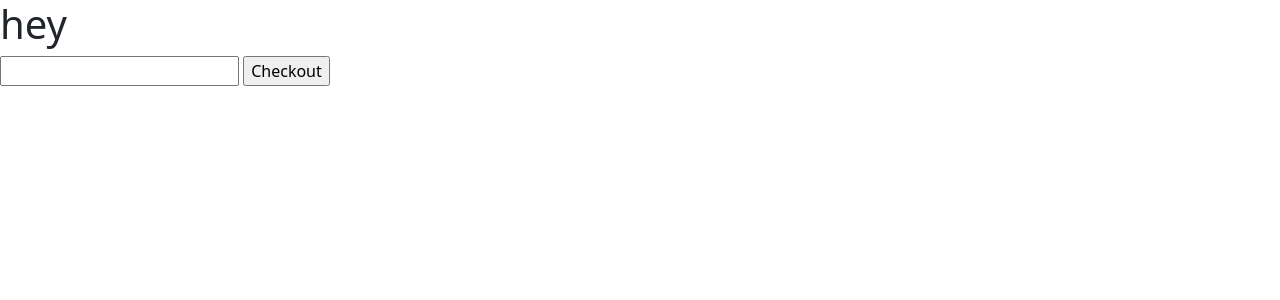
Repository: Flatbook/sliced_bread
Page: http://localhost/checkout
The author's editor kept a copy of each file at every save. The page is drawn from the files as they stood at one save, then again after a run of saves.
The browser window is 1280 px wide. The pictures show the whole page.
Some web libraries are served in a nearby version. The page is served by the project's application, run on Flask 3 (app.py).

Above is the page before, as saved 2021-05-15 22:15:59.

### flask_project/templates/checkout.html
{% extends "layout.html" %}
{% block content %}


<h1>hey</h1>

<form method = "POST" action ="{{ url_for('checkout')}}">
	{{ form. csrf_token }}
	{{ form.name }}
	{{ form.submit }}
</form>

<!-- {% if name %}
	<h1>Hello {{ name }}!!</h1>
	<br/>
	<img src="{{ url_for('static', filename='images/NorthPeak.png')}}" width=1100>
	<br/><br/>
	<p id="demo">This is stuff...</p>

<script src="{{ url_for('static', filename='js/myfile.js')}}"></script>


{% else %}
	<h1>What's Your Name?</h1>
	<br/>
	<form method="POST">
		{{ form.hidden_tag() }}

		{{ form.name.label(class="form-label") }}

		{{ form.name(class="form-control") }}
		<br/>

		{{ form.submit(class="btn btn-secondary") }}


	</form>



{% endif %}

{% endblock %} -->

### flask_project/templates/layout.html
<!DOCTYPE html>
<html lang="en">
<head>
    <meta charset="UTF-8">
    <meta http-equiv="X-UA-Compatible" content="IE=edge">
    <meta name="viewport" content="width=device-width, initial-scale=1.0">
    <!-- <link rel = "stylesheet" href="{{ url_for('static', filename='css/main.css') }}"> -->
    <link href="https://cdn.jsdelivr.net/npm/bootstrap@5.0.1/dist/css/bootstrap.min.css" rel="stylesheet" integrity="sha384-+0n0xVW2eSR5OomGNYDnhzAbDsOXxcvSN1TPprVMTNDbiYZCxYbOOl7+AMvyTG2x" crossorigin="anonymous">
    <title>Greatest Beverage </title>
</head>
<body>
    {% block content %} {% endblock %}

 <!-- Optional JavaScript -->
    <!-- jQuery first, then Popper.js, then Bootstrap JS -->
    <script src="https://code.jquery.com/jquery-3.2.1.slim.min.js" integrity="sha384-KJ3o2DKtIkvYIK3UENzmM7KCkRr/rE9/Qpg6aAZGJwFDMVNA/GpGFF93hXpG5KkN" crossorigin="anonymous"></script>
    <script src="https://cdnjs.cloudflare.com/ajax/libs/popper.js/1.12.9/umd/popper.min.js" integrity="sha384-ApNbgh9B+Y1QKtv3Rn7W3mgPxhU9K/ScQsAP7hUibX39j7fakFPskvXusvfa0b4Q" crossorigin="anonymous"></script>
    <script src="https://maxcdn.bootstrapcdn.com/bootstrap/4.0.0/js/bootstrap.min.js" integrity="sha384-JZR6Spejh4U02d8jOt6vLEHfe/JQGiRRSQQxSfFWpi1MquVdAyjUar5+76PVCmYl" crossorigin="anonymous"></script>
</body>
</html>

### flask_project/app.py
from flask import Flask, render_template
from form import checkoutForm

app = Flask(__name__)

app.config['SECRET_KEY'] = "my secret key"


drinks =[{
    'title' : 'Sonder Sparkle Mojito',
    'description': 'A bit of sparkle and cheer come together flawlessly in this festive mocktail.'

},
{
    'title': 'French 75 Mocktail',
    'description': 'With the same taste profile of a classic French 75 — think lemon juice and a splash of bitters — this mocktail will energize your evening.'
}
]

@app.route("/")
def hello_world():
    return render_template('home.html',drinks=drinks)

@app.route("/btform")
def btform():
    return render_template('btform.html')

@app.route("/checkout",methods =['GET','POST'])
def checkout():
    name = None
    form = checkoutForm()
    #  #validate form
    # if form.validate_on_submit():
    #     name = form.name.data
    #     form.name.date = ''
    return render_template("checkout.html",
     name=name, form = form)




if __name__ == '__main__':
    app.run(debug=True)

### flask_project/form.py
from flask_wtf import FlaskForm
from wtforms import StringField, SubmitField
from wtforms.validators import DataRequired

class checkoutForm(FlaskForm):
    name = StringField("First Name", validators = [DataRequired()])
    last_name = StringField("Second Name",validators=[DataRequired()])
    submit = SubmitField("Checkout")

After the next 2 saves:
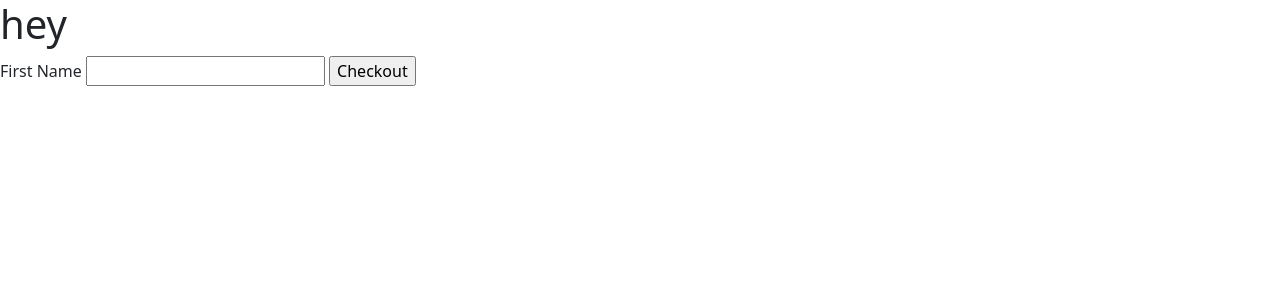
The 2 saves are shown as one change because 1 did not build or start.
The last was saved 35 s later.
--- a/flask_project/templates/checkout.html
+++ b/flask_project/templates/checkout.html
@@ -6,6 +6,8 @@
 
 <form method = "POST" action ="{{ url_for('checkout')}}">
 	{{ form. csrf_token }}
+	{{ form.name.label}}
+
 	{{ form.name }}
 	{{ form.submit }}
 </form>
